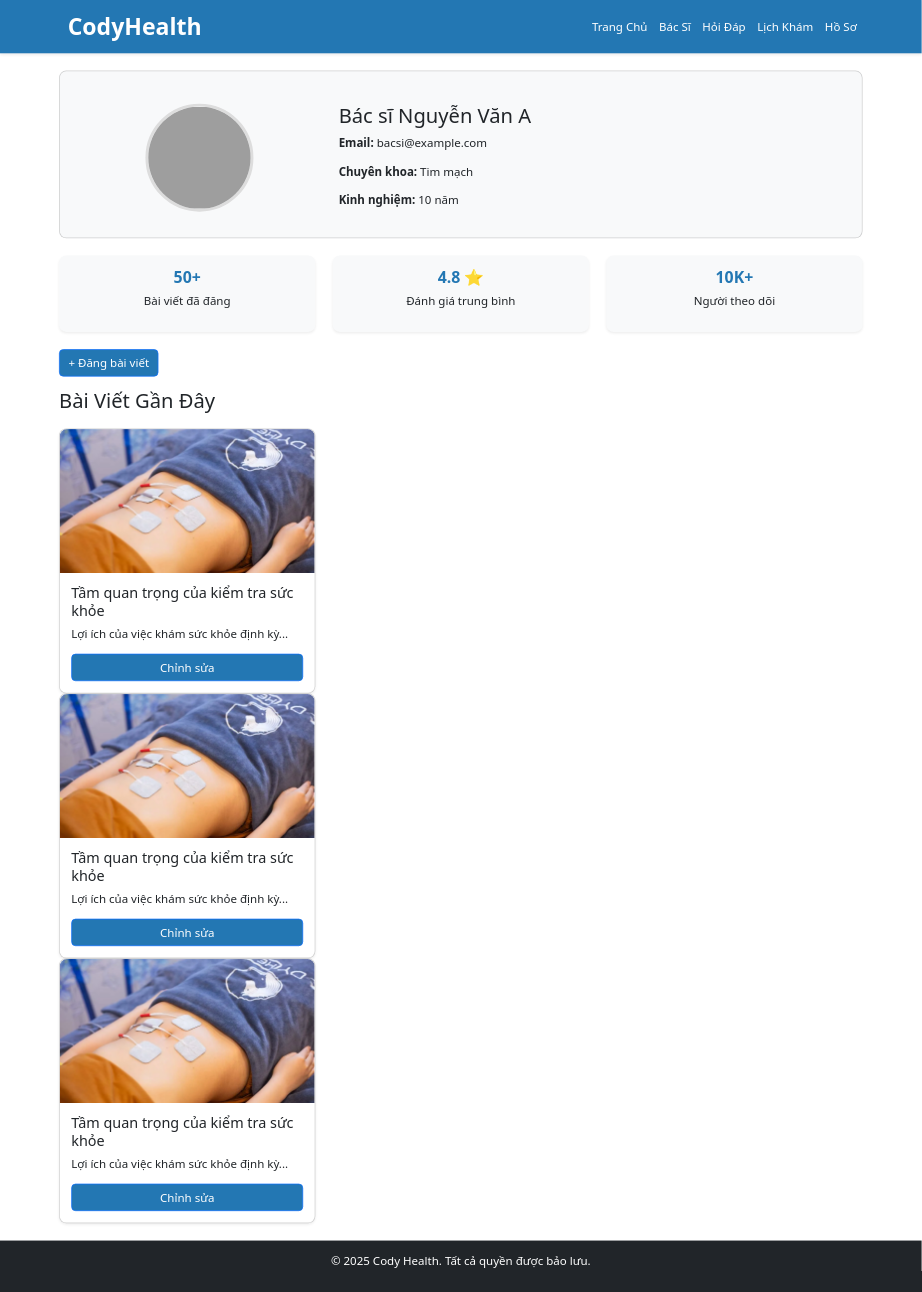
Repository: JonesKhaii/CodySocial
Page: tests/web-test/account.html
The author's editor kept a copy of each file at every save. The page is drawn from the files as they stood at one save, then again after the next save.
The browser window is 1280 px wide. The pictures show the whole page, at 72% of full size.
Pictures or frames that could not be fetched are drawn as grey boxes.

Above is the page before, as saved 2025-02-10 02:28:09.

### tests/web-test/account.html
<!DOCTYPE html>
<html lang="vi">
    <head>
        <title>Hồ Sơ Bác Sĩ</title>
        <meta charset="UTF-8" />
        <meta name="viewport" content="width=device-width, initial-scale=1.0" />
        <link
            href="https://cdn.jsdelivr.net/npm/bootstrap@5.2.3/dist/css/bootstrap.min.css"
            rel="stylesheet"
        />
        <link rel="stylesheet" href="asset/css/mystyle.css" />
        <script src="https://code.jquery.com/jquery-3.6.1.min.js"></script>
    </head>

    <body>
        <header
            class="navbar navbar-expand-lg navbar-light bg-primary shadow-sm"
        >
            <div class="container">
                <a class="navbar-brand fs-2 text-white" href="index.html"
                    >CodyHealth</a
                >
                <button
                    class="navbar-toggler"
                    type="button"
                    data-bs-toggle="collapse"
                    data-bs-target="#navbarNav"
                >
                    <span class="navbar-toggler-icon"></span>
                </button>
                <div class="collapse navbar-collapse" id="navbarNav">
                    <ul class="navbar-nav ms-auto">
                        <li class="nav-item">
                            <a class="nav-link text-white" href="index.html"
                                >Trang Chủ</a
                            >
                        </li>
                        <li class="nav-item">
                            <a class="nav-link text-white" href="#">Bác Sĩ</a>
                        </li>
                        <li class="nav-item">
                            <a class="nav-link text-white" href="#">Hỏi Đáp</a>
                        </li>
                        <li class="nav-item">
                            <a class="nav-link text-white" href="#"
                                >Lịch Khám</a
                            >
                        </li>
                        <li class="nav-item">
                            <a class="nav-link text-white active" href="#"
                                >Hồ Sơ</a
                            >
                        </li>
                    </ul>
                </div>
            </div>
        </header>

        <div class="container mt-4">
            <!-- Hồ sơ bác sĩ -->
            <div class="card profile-card p-4 mb-4">
                <div class="row">
                    <div class="col-md-4 text-center">
                        <img
                            src="asset/images/doctor.jpg"
                            class="profile-img rounded-circle"
                            alt="Bác sĩ"
                        />
                    </div>
                    <div class="col-md-8">
                        <h3>Bác sĩ Nguyễn Văn A</h3>
                        <p><strong>Email:</strong> bacsi@example.com</p>
                        <p><strong>Chuyên khoa:</strong> Tim mạch</p>
                        <p><strong>Kinh nghiệm:</strong> 10 năm</p>
                    </div>
                </div>
            </div>

            <!-- Thống kê nhanh -->
            <div class="row mb-4">
                <div class="col-md-4">
                    <div class="stat-card shadow-sm p-3 text-center">
                        <h4>50+</h4>
                        <p>Bài viết đã đăng</p>
                    </div>
                </div>
                <div class="col-md-4">
                    <div class="stat-card shadow-sm p-3 text-center">
                        <h4>4.8 ⭐</h4>
                        <p>Đánh giá trung bình</p>
                    </div>
                </div>
                <div class="col-md-4">
                    <div class="stat-card shadow-sm p-3 text-center">
                        <h4>10K+</h4>
                        <p>Người theo dõi</p>
                    </div>
                </div>
            </div>

            <!-- Nút đăng bài -->
            <button id="togglePostForm" class="btn btn-primary mb-3">
                + Đăng bài viết
            </button>

            <!-- Form đăng bài viết (Ẩn mặc định) -->
            <div
                id="postArticleSection"
                class="card p-4 mb-4"
                style="display: none"
            >
                <h3>Đăng bài viết mới</h3>
                <form id="postArticleForm">
                    <div class="mb-3">
                        <label for="articleTitle" class="form-label"
                            >Tiêu đề bài viết</label
                        >
                        <input
                            type="text"
                            class="form-control"
                            id="articleTitle"
                            required
                        />
                    </div>
                    <div class="mb-3">
                        <label for="articleCategory" class="form-label"
                            >Chuyên mục</label
                        >
                        <select class="form-select" id="articleCategory">
                            <option>Sức khỏe tổng quát</option>
                            <option>Tim mạch</option>
                            <option>Dinh dưỡng</option>
                        </select>
                    </div>
                    <div class="mb-3">
                        <label for="articleImage" class="form-label"
                            >Hình ảnh</label
                        >
                        <input
                            type="file"
                            class="form-control"
                            id="articleImage"
                        />
                    </div>
                    <div class="mb-3">
                        <label for="articleContent" class="form-label"
                            >Nội dung</label
                        >
                        <textarea
                            class="form-control"
                            id="articleContent"
                            rows="4"
                            required
                        ></textarea>
                    </div>
                    <button type="submit" class="btn btn-primary">
                        Đăng bài viết
                    </button>
                </form>
            </div>

            <!-- Danh sách bài viết gần đây -->
            <h3 class="mb-3">Bài Viết Gần Đây</h3>
            <div class="row" id="DoctorArticles">
                <div class="col-md-4">
                    <div class="card shadow-sm">
                        <img
                            src="asset/images/posts/post1.webp"
                            class="card-img-top"
                            alt="Bài viết 1"
                        />
                        <div class="card-body">
                            <h5 class="card-title">
                                Tầm quan trọng của kiểm tra sức khỏe
                            </h5>
                            <p class="card-text">
                                Lợi ích của việc khám sức khỏe định kỳ...
                            </p>
                            <button class="btn btn-primary w-100">
                                Chỉnh sửa
                            </button>
                        </div>
                    </div>
                    <div class="card shadow-sm">
                        <img
                            src="asset/images/posts/post1.webp"
                            class="card-img-top"
                            alt="Bài viết 1"
                        />
                        <div class="card-body">
                            <h5 class="card-title">
                                Tầm quan trọng của kiểm tra sức khỏe
                            </h5>
                            <p class="card-text">
                                Lợi ích của việc khám sức khỏe định kỳ...
                            </p>
                            <button class="btn btn-primary w-100">
                                Chỉnh sửa
                            </button>
                        </div>
                    </div>
                    <div class="card shadow-sm">
                        <img
                            src="asset/images/posts/post1.webp"
                            class="card-img-top"
                            alt="Bài viết 1"
                        />
                        <div class="card-body">
                            <h5 class="card-title">
                                Tầm quan trọng của kiểm tra sức khỏe
                            </h5>
                            <p class="card-text">
                                Lợi ích của việc khám sức khỏe định kỳ...
                            </p>
                            <button class="btn btn-primary w-100">
                                Chỉnh sửa
                            </button>
                        </div>
                    </div>
                </div>
            </div>
        </div>

        <footer class="footer text-white text-center mt-4 p-3 bg-dark">
            <p>© 2025 Cody Health. Tất cả quyền được bảo lưu.</p>
        </footer>

        <script src="asset/js/main.js"></script>
    </body>
</html>

### tests/web-test/asset/css/mystyle.css
.btn-primary {
    background-color: #2377b3 !important;
}
header.bg-primary {
    background-color: #2377b3 !important;
}
.navbar-toggler {
    border-color: #fff; /* Đổi màu viền thành trắng */
}

.navbar-toggler-icon {
    filter: invert(1); /* Đảo màu từ đen sang trắng */
}

/*General*/
h1 {
    color: #05223c;
    font-weight: bold;
}

h4 {
    color: #05223c;
    font-weight: bold;
}

.container-fluid {
    margin-top: 4%;
    margin-bottom: 2%;
}

.col-4 > p {
    margin-top: 3%;
    margin-bottom: 1%;
}

.col-4 > p > ol {
    margin-bottom: 1%;
}

.row {
    margin-top: 2% !important;
}

.col-12 > h1 {
    text-align: center;
}
/*End General*/

/*Header*/
header > .navbar {
    padding: 0px;
    border-top: 10px solid #747474;
    border-bottom: 10px solid #747474;
}

.Header {
    background-color: #747474;
    padding: 0px;
    margin: 0px;
}

#navbarSupportedContent {
    flex-grow: 0;
}

.navbar-toggler {
    margin-right: 12px;
    float: right;
}
header .navbar-brand {
    font-weight: 700;
    margin-left: 12px;
    width: 40px;
}
/*End Header*/

/* Dãy banner nhỏ */
.small-banner {
    width: 100%;
    height: 120px;
    object-fit: cover;
    border-radius: 10px;
    transition: transform 0.3s ease-in-out;
}

.small-banner:hover {
    transform: scale(1.05);
}

/*Body*/
form.nosubmit {
    border: none;
    padding: 0;
}

input.nosubmit {
    border-radius: 10px;
    width: 98%;
    border: 1px solid #555;
    display: block;
    padding: 9px 4px 9px 40px;
    background: transparent
        url("data:[embedded picture, 348 characters]")
        no-repeat 13px center;
}

#Ordem > option,
#Genero > option {
    text-align: left;
}

#Ordem,
#Genero {
    margin-right: 4%;
    float: right;
    border: 1px solid black;
    color: #5b5b5b;
    font-weight: bold;
}

#Games > div > img {
    width: 100%;
    height: 250px;
}

#Games > div {
    margin-top: 2%;
}

#Games > div > a {
    margin-top: 1.5%;
    color: black;
    text-decoration: none;
    font-size: 1.25rem;
    margin-top: 0;
    margin-bottom: 0.5rem;
    font-weight: 500;
    line-height: 1.2;
}

#Games > div > a:hover {
    color: gray;
}

#Publisher > div > img {
    width: 100%;
    height: 250px;
}

#Desc > img {
    height: 450px;
}

/* Ảnh của bài viếtviết */

.card {
    border-radius: 10px;
    transition: transform 0.3s ease-in-out;
}

.card:hover {
    transform: scale(1.03);
}

.card-img-top {
    height: 200px;
    object-fit: cover;
    border-top-left-radius: 10px;
    border-top-right-radius: 10px;
}

/* Tác giả nổi bật */
#PopularAuthors {
    display: flex;
    flex-wrap: wrap;
    justify-content: center;
}

.author-card {
    background-color: #f8f9fa;
    border-radius: 10px;
    padding: 15px;
    text-align: center;
    margin: 10px;
    transition: transform 0.3s ease-in-out;
    width: 220px;
}

.author-card:hover {
    transform: scale(1.05);
}

.author-card img {
    width: 80px;
    height: 80px;
    border-radius: 50%;
    margin-bottom: 10px;
}

.author-card h5 {
    font-size: 18px;
    font-weight: bold;
}

.author-card p {
    font-size: 14px;
    color: #6c757d;
}

/*Footer*----------------------------------------------------------------------------------------------------------/
/* Footer */
.footer {
    background-color: #2377b3; /* Màu xanh chủ đạo */
    padding: 30px 0;
    font-size: 16px;
}

/* Tiêu đề */
.footer h4 {
    font-size: 20px;
    font-weight: bold;
    margin-bottom: 10px;
}

/* Mạng xã hội */
.social-icons a {
    display: inline-block;
    margin: 0 10px;
    transition: transform 0.3s ease-in-out;
}

.social-icons img {
    width: 30px;
    height: 30px;
}

.social-icons a:hover {
    transform: scale(1.2);
}

/* Bản quyền */
.copyright {
    border-top: 1px solid rgba(255, 255, 255, 0.2);
    padding-top: 15px;
    font-size: 14px;
}

/* Hồ sơ bác sĩ */
.profile-card {
    border-radius: 10px;
    background-color: #f8f9fa;
}
.profile-img {
    width: 150px;
    height: 150px;
    object-fit: cover;
    border: 4px solid #ddd;
}

/* Bài viết đã đăng */
/* Hồ sơ bác sĩ */
.profile-card {
    border-radius: 10px;
    background-color: #f8f9fa;
}
.profile-img {
    width: 150px;
    height: 150px;
    object-fit: cover;
    border: 4px solid #ddd;
}

/* Thống kê nhanh */
.stat-card {
    border-radius: 10px;
    background-color: #f8f9fa;
}
.stat-card h4 {
    font-size: 22px;
    font-weight: bold;
    color: #2377b3;
}

/* Hiệu ứng card */
.card {
    transition: transform 0.3s ease-in-out;
}
.card:hover {
    transform: scale(1.03);
}

/* RESPONSIVE ----------------------------------------------------------------------------------------------------------------*/
@media (max-width: 1200px) {
    #Games > div > img {
        height: 180px;
    }
    #Publisher > div > img {
        height: 180px;
    }
}

@media (max-width: 1065px) {
    #Desc > img {
        height: 450px;
    }
}

@media (max-width: 990px) {
    #Desc > img {
        height: 370px;
    }
}

@media (max-width: 768px) {
    #Games > div > img {
        height: 250px;
    }
    #Publisher > div > img {
        height: 250px;
    }
    #Desc > img {
        height: 270px;
    }
}

@media (max-width: 610px) {
    #Desc > img {
        height: 230px;
    }
}

@media (max-width: 450px) {
    #Games > div > img {
        height: 180px;
    }
    #Publisher > div > img {
        height: 180px;
    }
    #Desc > img {
        height: 180px;
    }
}

@media (max-width: 350px) {
    #Desc > img {
        height: 140px;
    }
}

@media (max-width: 990px) {
    #About > div > div > div > #Ico {
        width: 6%;
    }
    #About > div > div > div > #Social {
        width: 8%;
    }
}

@media (max-width: 760px) {
    #About > div > div > div > #Ico {
        width: 8%;
    }
    #About > div > div > div > #Social {
        width: 10%;
    }
}

footer {
    background-color: #b2b2b2;
    font-size: small;
    width: 100%;
}

footer > div > img {
    float: right;
    padding-right: 15px;
}
/*Fim Footer*/

### tests/web-test/asset/js/main.js
$(document).ready(function () {
    loadArticles(false, window.screen.width);
});

// Biến đếm số trang để tải thêm bài viết
var countArticles = 1;

// Sự kiện khi nhấn nút "Tải thêm bài viết"
$("#PlusArticles").click(function () {
    countArticles += 1;
    loadArticles(false, window.screen.width);
});

// Sự kiện khi nhấn nút "Thu gọn bài viết"
$("#CollapseArticles").click(function () {
    countArticles = 1;
    loadArticles(true, window.screen.width);
    $("#CollapseArticles").hide(); // Ẩn nút "Thu gọn bài viết" sau khi reset danh sách
});

// Sự kiện thay đổi thể loại bài viết
$("#Genero").on('change', function () {
    countArticles = 1;
    loadArticles(true, window.screen.width);
});

// Sự kiện tìm kiếm bài viết
$('#Pesquisar').on('input', function () {
    countArticles = 1;
    loadArticles(true, window.screen.width);
});

// Hàm tải bài viết từ file JSON
function loadArticles(clearArticles, w_width) {
    if (clearArticles) {
        $("#Articles").empty();
        countArticles = 1; // Reset số trang khi tìm kiếm hoặc lọc thể loại
    }

    $.getJSON("asset/js/articles.json", function (data) {
        let selectedCategory = $("#Genero option:selected").text(); // Lấy thể loại được chọn

        // Nếu không phải "Tất cả", lọc bài viết theo thể loại
        if (selectedCategory !== "Tất cả") {
            data = data.filter(article => article.category === selectedCategory);
        }

        let startIndex = (countArticles - 1) * 6; // Lấy tiếp 6 bài mới khi tải thêm
        let articlesToShow = data.slice(startIndex, startIndex + 6);

        articlesToShow.forEach(article => {
            let articleHtml = `
                <div class="col-md-4">
                    <div class="card mb-3 shadow-sm mt-3">
                        <img src="${article.image}" class="card-img-top" alt="${article.title}">
                        <div class="card-body">
                            <h5 class="card-title">${article.title}</h5>
                            <h6 class="card-subtitle mb-2 text-muted">${article.category}</h6>
                            <p class="card-text">${article.content.substring(0, 100)}...</p>
                            <p class="card-text"><small class="text-muted">Tác giả: ${article.author} - ${article.published_date}</small></p>
                            <a href="article-detail.html?id=${article.id}" class="btn btn-primary">Xem chi tiết</a>
                        </div>
                    </div>
                </div>
            `;
            $("#Articles").append(articleHtml);
        });

        // Ẩn nút "Tải thêm bài viết" nếu không còn bài mới
        if (startIndex + 6 >= data.length) {
            $("#PlusArticles").hide();
        } else {
            $("#PlusArticles").show();
        }

        // Hiển thị nút "Thu gọn bài viết" nếu có nhiều bài viết
        if (countArticles > 1) {
            $("#CollapseArticles").show();
        } else {
            $("#CollapseArticles").hide();
        }
    }).fail(function () {
        console.error("Không thể tải dữ liệu từ articles.json");
    });
}

// Hàm xác định số cột hiển thị dựa trên kích thước màn hình
function getColumnSize(w_width) {
    if (w_width <= 768) return 12;  // 1 cột trên màn hình nhỏ
    if (w_width > 768 && w_width <= 990) return 6; // 2 cột trên màn hình trung bình
    return 4; // 3 cột trên màn hình lớn
}

// Hàm điều chỉnh bố cục khi thay đổi kích thước cửa sổ
function adjustLayout(width) {
    $('#Articles').children().each(function () {
        $(this).attr('class', `col-${getColumnSize(width)}`);
    });
}

// Tải danh sách tác giả
document.addEventListener("DOMContentLoaded", function () {
    loadPopularAuthors();
});

function loadPopularAuthors() {
    fetch("asset/js/authors.json")
        .then(response => response.json())
        .then(authors => {
            const authorsContainer = document.getElementById("PopularAuthors");
            authorsContainer.innerHTML = "";

            authors.forEach(author => {
                const authorCard = `
                    <div class="col-md-3">
                        <a href="author-detail.html?id=${author.id}" class="text-decoration-none text-dark">
                            <div class="card shadow-sm p-3 text-center author-card">
                                <img src="${author.image}" alt="${author.name}" class="rounded-circle mb-2" style="width: 80px; height: 80px;">
                                <h5>${author.name}</h5>
                                <p class="text-muted">${author.field}</p>
                            </div>
                        </a>
                    </div>
                `;
                authorsContainer.innerHTML += authorCard;
            });
        })
        .catch(error => console.error("Không thể tải dữ liệu từ authors.json", error));
}


// Form đăng bài viết
$(document).ready(function () {
    $("#togglePostForm").click(function () {
        $("#postArticleSection").slideToggle();
    });
});

### tests/web-test/asset/js/authors.json
[
    {
        "id": 1,
        "name": "Bác sĩ Nguyễn Văn A",
        "field": "Chuyên gia Tim mạch",
        "image": "asset/images/users/doctor1.jpeg"
    },
    {
        "id": 2,
        "name": "Bác sĩ Trần Thị B",
        "field": "Chuyên gia Dinh dưỡng",
        "image": "asset/images/users/doctor1.jpeg"
    },
    {
        "id": 3,
        "name": "Bác sĩ Lê Hồng C",
        "field": "Bác sĩ Nội khoa",
        "image": "asset/images/users/doctor1.jpeg"
    },
    {
        "id": 4,
        "name": "Giáo sư Phạm Văn D",
        "field": "Nghiên cứu Y tế",
        "image": "asset/images/users/doctor1.jpeg"
    },
    {
        "id": 5,
        "name": "Tiến sĩ Hoàng Minh E",
        "field": "Chuyên gia Bệnh truyền nhiễm",
        "image": "asset/images/users/doctor1.jpeg"
    },
    {
        "id": 6,
        "name": "Bác sĩ Lê Văn F",
        "field": "Chăm sóc người cao tuổi",
        "image": "asset/images/users/doctor1.jpeg"
    },
    {
        "id": 7,
        "name": "Bác sĩ Nguyễn Thị G",
        "field": "Chuyên gia Sức khỏe phụ nữ",
        "image": "asset/images/users/doctor1.jpeg"
    },
    {
        "id": 8,
        "name": "Bác sĩ Phan Quốc H",
        "field": "Chuyên gia Sức khỏe nam giới",
        "image": "asset/images/users/doctor1.jpeg"
    }
]

Loaded but not shown: tests/web-test/asset/js/articles.json (137 lines, source omitted)

After the next save:
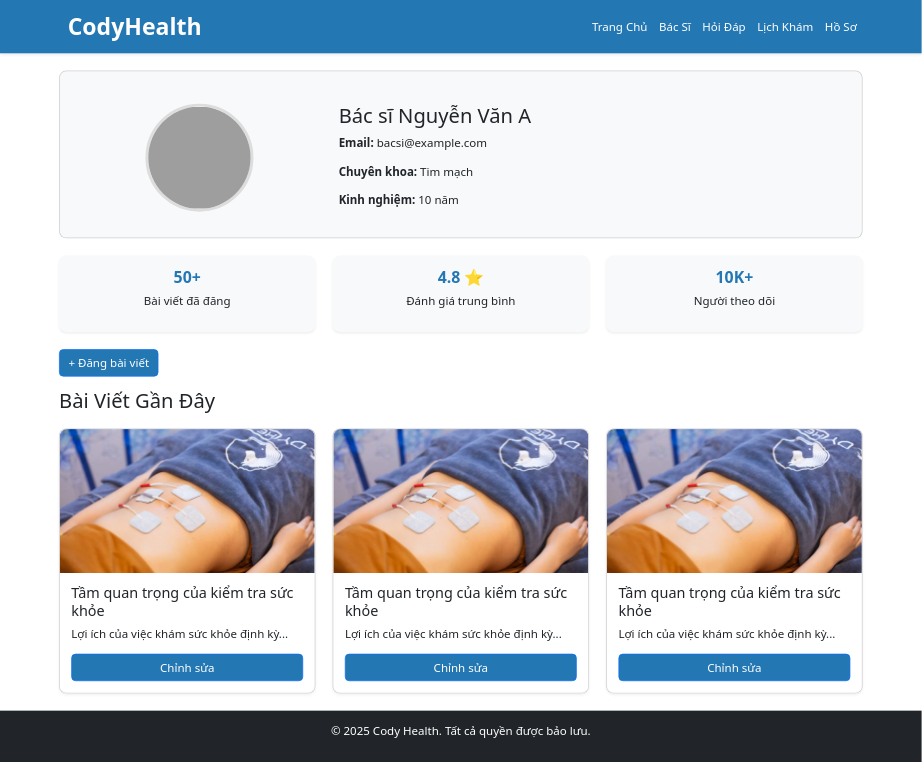
Saved 18 s later.
--- a/tests/web-test/account.html
+++ b/tests/web-test/account.html
@@ -181,6 +181,8 @@
                             </button>
                         </div>
                     </div>
+                </div>
+                <div class="col-md-4">
                     <div class="card shadow-sm">
                         <img
                             src="asset/images/posts/post1.webp"
@@ -199,6 +201,8 @@
                             </button>
                         </div>
                     </div>
+                </div>
+                <div class="col-md-4">
                     <div class="card shadow-sm">
                         <img
                             src="asset/images/posts/post1.webp"
